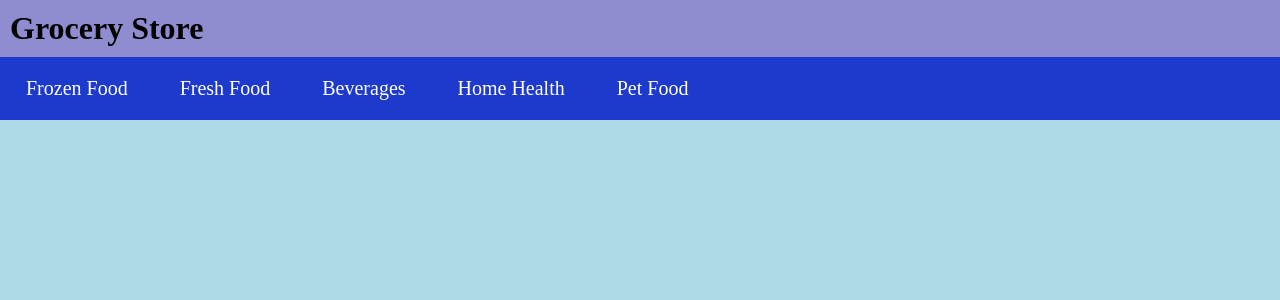
Repository: jackiye776/2021-Programming-On-The-Internet
Page: Assignment_1/catalogue.html
The author's editor kept a record of every edit. The page is drawn from the files as they stood at one moment, then again after the next edit.
The browser window is 1280 px wide. The pictures show the whole page.

Above is the page before.

### Assignment_1/catalogue.html
<!-- Reference: Dropdown Menu - https://stackoverflow.com/questions/39805557/dropdown-within-a-dropdown/51471646 -->

<!DOCTYPE html>
<html>
    <head>
        <title>Groceries</title>
        <link rel="stylesheet" href="styles.css">
    </head>
    <body id='cataloguestyle'>
        <h1>Grocery Store</h1>
        <form action="product.php" method="get" target="topright">
            <div class="navbar">

                <!-- Frozen Food -->
                <div class="dropdown">
                    <div class="dropbtn">Frozen Food</div>
                    <div class="dropdown-category">
                        <button class="dropBtnPro" type="submit" name="item" value="1002">Hamburger Patties</button>
                        <div id="set1" class="dropBtnCat">Fish Fingers
                        <div class="dropdown-product">
                            <button class="dropBtnPro" type="submit" name="item" value="1000">500 Gram</button>
                            <button class="dropBtnPro" type="sumbit" name="item" value="1001">1000 Gram</button>
                        </div>
                        </div>
                        <button class="dropBtnPro" type="submit" name="item" value="1003" >Shell Prawns</button>
                        <div id="set2" class="dropBtnCat">Tub Ice Cream
                        <div class="dropdown-product">
                            <button class="dropBtnPro" type="submit" name="item" value="1004">1 litre</button>
                            <button class="dropBtnPro" type="submit" name="item" value="1005">2 litre</button>
                        </div>
                        </div>
                    </div>
                </div>

                <!-- Fresh Food -->
                <div class="dropdown">
                    <div class="dropbtn">Fresh Food</div>
                    <div class="dropdown-category">
                        <button class="dropBtnPro" type="submit" name="item" value="3002">T'Bone Steak</button>
                        <div id="set1" class="dropBtnCat">Cheddear Cheese
                        <div class="dropdown-product">
                            <button class="dropBtnPro" type="submit" name="item" value="3000">500 Gram</button>
                            <button class="dropBtnPro" type="submit" name="item" value="3001">1000 Gram</button>
                        </div>
                        </div>
                        <div id="set2" class="dropBtnCat">Fruits
                        <div class="dropdown-product">
                            <button class="dropBtnPro" type="submit" name="item" value="3003">Navel Oranges</button>
                            <button class="dropBtnPro" type="submit" name="item" value="3004">Bananas</button>
                            <button class="dropBtnPro" type="submit" name="item" value="3006">Grapes</button>
                            <button class="dropBtnPro" type="submit" name="item" value="3007">Apples</button>
                            <button class="dropBtnPro" type="submit" name="item" value="3005">Peaches</button>
                        </div>
                        </div>
                    </div>
                </div>

                <!-- Beverages -->
                <div class="dropdown">
                    <div class="dropbtn">Beverages</div>
                    <div class="dropdown-category">
                        <div id="set1" class="dropBtnCat">Coffee
                        <div class="dropdown-product">
                            <button class="dropBtnPro" type="submit" name="item" value="4003">200 Gram</button>
                            <button class="dropBtnPro" type="submit" name="item" value="4004">500 Gram</button>
                        </div>
                        </div>
                        <div id="set2" class="dropBtnCat">Earl Grey Tea Bags
                        <div class="dropdown-product">
                            <button class="dropBtnPro" type="submit" name="item" value="4000">Pack 25</button>
                            <button class="dropBtnPro" type="submit" name="item" value="4001">Pack 100</button>
                            <button class="dropBtnPro" type="submit" name="item" value="4002">Pack 200</button>
                        </div>
                        </div>
                        <button class="dropBtnPro" type="submit" name="item" value="4005">Chocolate Bar</button>
                    </div>
                </div>

                <!-- Home Health -->
                <div class="dropdown">
                    <div class="dropbtn">Home Health</div>
                    <div class="dropdown-category">
                        <button class="dropBtnPro" type="submit" name="item" value="2002">Bath Soap</button>
                        <div id="set1" class="dropBtnCat">Panadol
                        <div class="dropdown-product">
                            <button class="dropBtnPro" type="submit" name="item" value="2000">Pack 24</button>
                            <button class="dropBtnPro" type="submit" name="item" value="2001">Bottle 50m</button>
                        </div>
                        </div>
                        <button class="dropBtnPro" type="submit" name="item" value="2005">Washing Powder</button>
                        <div id="set2" class="dropBtnCat">Garbage Bags
                        <div class="dropdown-product">
                            <button class="dropBtnPro" type="submit" name="item" value="2003">Small (Pack 10)</button>
                            <button class="dropBtnPro" type="submit" name="item" value="2004">Large (Pack 50)</button>
                        </div>
                        </div>
                        <button class="dropBtnPro" type="submit" name="item" value="2006">Laundry Bleach</button>
                    </div>
                </div>

                <!-- Pet Food -->
                <div class="dropdown">
                    <div class="dropbtn">Pet Food</div>
                    <div class="dropdown-category">
                        <button class="dropBtnPro" type="submit" name="item" value="5002">Bird Food</button>
                        <button class="dropBtnPro" type="submit" name="item" value="5003">Cat Food</button>
                        <div id="set2" class="dropBtnCat">Dry Dog Food
                        <div class="dropdown-product">
                            <button class="dropBtnPro" type="submit" name="item" value="5001">1kg. Pack</button>
                            <button class="dropBtnPro" type="submit" name="item" value="5000">5kg. Pack</button>
                        </div>
                        </div>
                        <button class="dropBtnPro" type="submit" name="item" value="5004">Fish Food</button>
                    </div>
                </div>

            </div>
        </form>
    </body>
</html>

### Assignment_1/styles.css
body {
  font-family: "Times New Roman", Times, serif;
  color: black;
  display: block;
  background-color: #ADD8E6;
  overflow: hidden;
  margin: 0px;
}

h1 {
  background-color: #8f8ccf;
  padding: 10px;
  margin: 0px;
}

#productstyle {
  overflow: hidden;
}

#cataloguestyle {
  overflow: hidden;
}

#shopstyle {
  overflow: scroll;
}



/* --------------------------------------------------- */

/* index.html */
.columnL {
  float: left;
  width: 50%;;

}

.columnR {
  float: left;
  width: 50%;
}


/* iFrame */
iframe {
  border: 0;
  width: 100%;
}

.columnL:after, .columnR:after, .rowIndex:after {
  content: "";
  display: table;
  clear: both;
}

/* --------------------------------------------------- */

/* Catalogue.html - Dropdown menu */
.navbar {
  overflow: hidden;
  background-color: #1d3acc;
  color: white;
  text-align: center;
  font-size: 20px;
}

.dropdown-category, .dropdown-product {
  display: none;
  position: absolute;
  background-color: #6f69ff ;
  width: 100%;
  left: 0;
  padding: 0px;
  margin: 0px;
  z-index: 1; /* Layer order */
}



.dropdown .dropbtn {
  border: none;
  outline: none;
  color: inherit;
  padding: 20px 26px;
  margin: 0px;
  position: relative;
  font-family: inherit;
}

.dropBtnCat {
  border: none;
  outline: none;
  color: inherit;
  padding: 20px 20px;
  position: relative;
  float: left;
  font-family: inherit;
}


.dropBtnPro {
  border: none;
  outline: none;
  color: inherit;
  padding: 20px 20px;
  background-color: #6f69ff;
  position: relative;
  float: left;
  font-family: inherit;
  font-size: 15px;
}


.dropdown, .dropBtnCat {
  float: left;
}

.navbar .dropbtn:hover {
  background-color: red;
}

.navbar .dropBtnCat:hover, .dropBtnPro:hover {
  background-color: #32136e;
}

.navbar .dropBtnPro:hover {
  cursor: pointer;
}



/* Dropdown category then products*/
.dropdown:hover .dropdown-category, #set1:hover .dropdown-product, #set2:hover .dropdown-product {
  display: block;
}

/* --------------------------------------------------- */


/* product.php */

.productdetails {
  margin: 20px;
}

.productdetails th {
  padding: 10px;
  font-size: 24px;
}

.productdetails td {
  padding: 10px;
  font-size: 18px;
}

.productdetails img {
  margin-left: 20px;
  padding-left: 10px;
  width: 250px;
  height: 200px;
}

/* shoppingCart.php */

.cartHeading, .cartStyle {
  font-size: 16px;
}

.cartHeading th{
  width: 131px;
  padding-top: 5px;
  padding-bottom: 5px;
  background-color: #b6c4f2;
}

.cartStyle td{
  width: 125px;
  padding: 4px;
  margin: 0px;
}

/* https://www.w3schools.com/css/css3_buttons.asp */

.buttons {
  background-color: #893cbd;
  border: none;
  color: white;
  padding: 15px 26px;
  text-align: center;
  text-decoration: none;
  display: inline-block;
  font-size: 16px;
}

.buttons:hover {
  background-color: #0066ab
}

/* checkout.php */

.checkoutTable th{
  width: 131px;
  padding-top: 5px;
  padding-bottom: 5px;
  background-color: #b6c4f2;
}

.checkoutTable td{
  width: 125px;
  padding: 4px;
  margin: 0px;
}

.checkout {
  padding-left: 25px;
}

.formTable {

}

.formTable:after {
    content:" *";
    color: red;
  }

After the next edit:
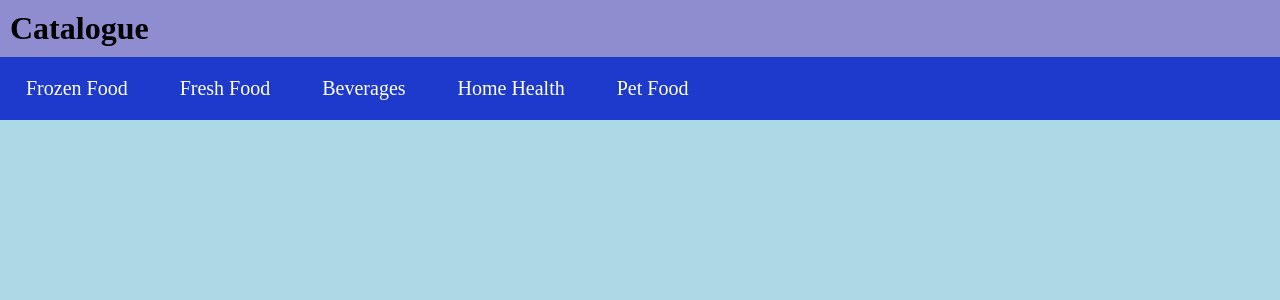
The edit:
--- a/Assignment_1/catalogue.html
+++ b/Assignment_1/catalogue.html
@@ -7,7 +7,7 @@
         <link rel="stylesheet" href="styles.css">
     </head>
     <body id='cataloguestyle'>
-        <h1>Grocery Store</h1>
+        <h1>Catalogue</h1>
         <form action="product.php" method="get" target="topright">
             <div class="navbar">
 
